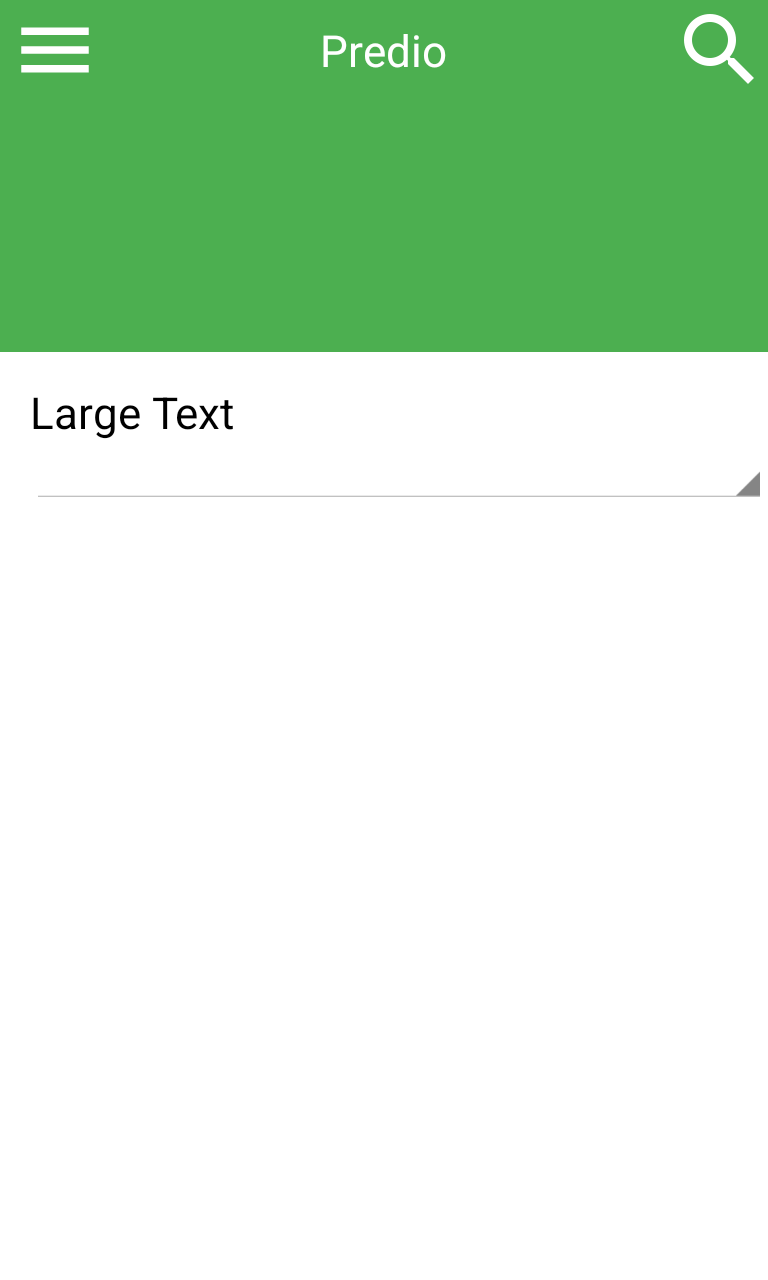
Repository: danielctf/Chilterra
Layout: Proyectos/Animales/res/layout/activity_baja_ganado.xml
An editor plug-in stored every save of this project. The layout is shown before and after the next save, followed by the edit.
It is drawn on a 768 x 1280 px phone screen (xhdpi) without system bars, with theme AppTheme; the app's code is not run.

Above is the layout before, as saved 2015-10-09 14:40:56.

After the next save:
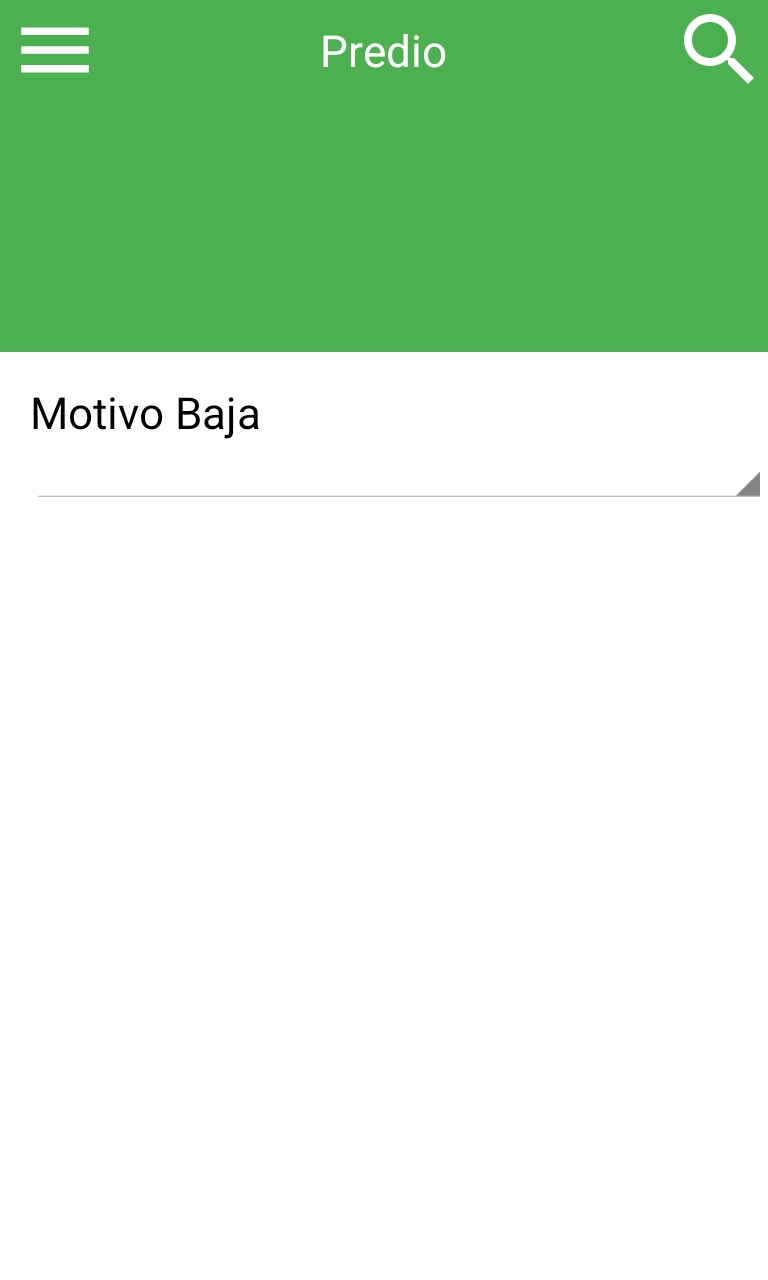
Saved 18 s later.
--- a/Proyectos/Animales/res/layout/activity_baja_ganado.xml
+++ b/Proyectos/Animales/res/layout/activity_baja_ganado.xml
@@ -70,7 +70,7 @@
             android:layout_alignParentTop="true"
             android:layout_marginLeft="15dp"
             android:layout_marginTop="15dp"
-            android:text="Large Text"
+            android:text="Motivo Baja"
             android:textAppearance="?android:attr/textAppearanceLarge" />
 
         <Spinner
